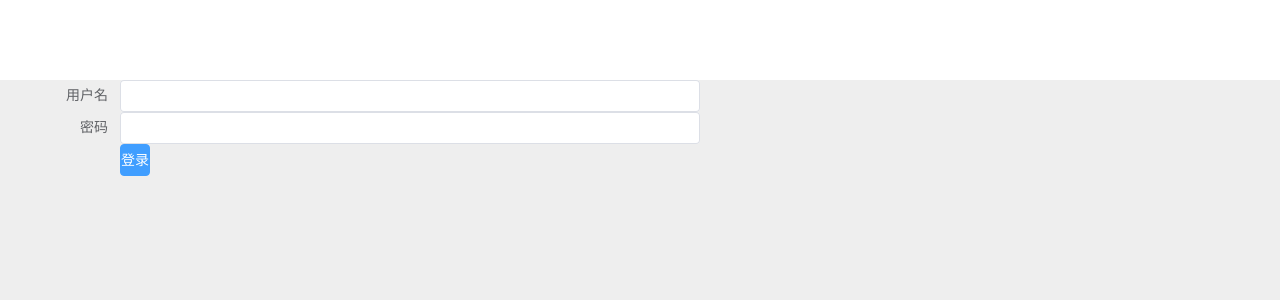
Repository: secret47/test-office-demo
Page: /
An editor plug-in stored every save of this project. The page is shown before and after the next save, followed by the edit.
The browser window is 1280 px wide. The pictures show the whole page.
The project was rebuilt for these pictures with package versions that can differ from the ones it lists, and the page was loaded fresh each time. Also part of the build but not shown: vite.config.js.

Above is the page before, as saved 2024-10-28 10:59:56.

### src/main.js
import { createApp } from 'vue'
import '@/style/main.scss'
import App from './App.vue'
import router from './router'

import lang from "./local"


import ElementPlus  from "element-plus";
import 'element-plus/dist/index.css'

const app = createApp(App);

app.use(lang)
app.use(ElementPlus)
app.use(router)
app.mount('#app')

### src/style/main.scss
*{
    padding: 0;
    margin: 0;
}
html,body{
    width:100%;
    height: 100%;
    background: #eee;
}
#app{
    width: 100%;
    height: 100%;
}

### src/router/index.js
import { createRouter, createWebHistory } from 'vue-router'


const routes = [
    {
        path: '/',
        name: 'Login',
        component: () => import('@/views/login.vue'),
    },
    // 其他路由...
]

const router = createRouter({
    history: createWebHistory(),
    routes
})

export default router

### src/local/index.js
import { createI18n } from "vue-i18n";

import message from "./language"
const i18n = createI18n({
    locale: "zh",
    fallbackLocale: "zh",
    messages: message
})

export default i18n;

### src/views/login.vue
<template>
    <div class="login">
        <div class="header">
            <div class="logo"></div>
            <div class="language"></div>
        </div>
        <div class="loginBox">
            <el-form :model="userInfo" label-width="120px">
                <el-form-item :label="$t('username')">
                    <el-input v-model="userInfo.username" />
                </el-form-item>
                <el-form-item :label="$t('password')">
                    <el-input v-model="userInfo.password" />
                </el-form-item>
                <el-form-item>
                    <el-button type="primary">{{ $t('login') }}</el-button>
                </el-form-item>
            </el-form>
        </div>
    </div>
</template>
<script setup>
import { reactive, ref } from 'vue'
const userInfo = reactive({
    username: "",
    password: ""
})
</script>
<style lang="scss" scoped>
    .header{
        width:100%;
        height: 80px;
        background: #ffffff;
    }

    .loginBox{
        width:700px;
        height: 400px;
        magrin:0 auto;
    }
</style>

### src/local/language/index.js
import zh from "./zh"
import en from "./en"

export default {
    ...en,
    ...zh
}

### src/local/language/zh.js
export default{
    zh:{
        title:"后台管理系统",
        login:"登录",
        username:"用户名",
        password:"密码",
        remember:"记住密码",
        forget:"忘记密码",
    }
}

### src/local/language/en.js
export default{
    en:{
        title:"system management"
    }
}

Loaded but not shown: index.html (common file); src/App.vue (common file)

After the next save:
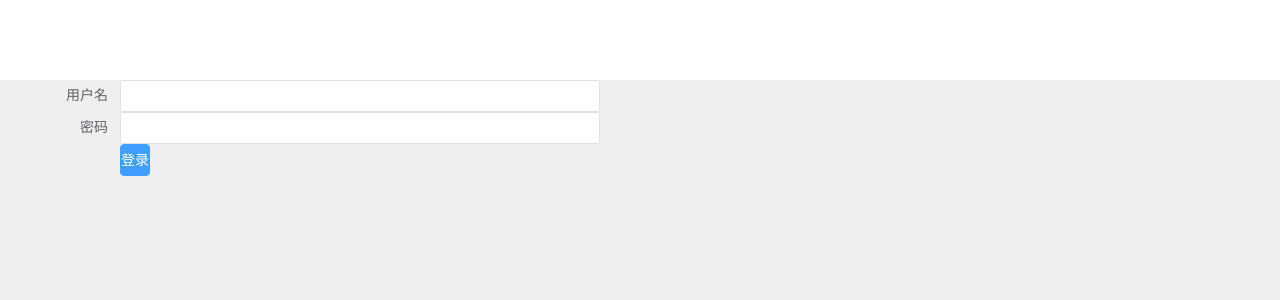
Saved 7 s later.
--- a/src/views/login.vue
+++ b/src/views/login.vue
@@ -34,7 +34,7 @@ const userInfo = reactive({
     }
 
     .loginBox{
-        width:700px;
+        width:600px;
         height: 400px;
         magrin:0 auto;
     }
